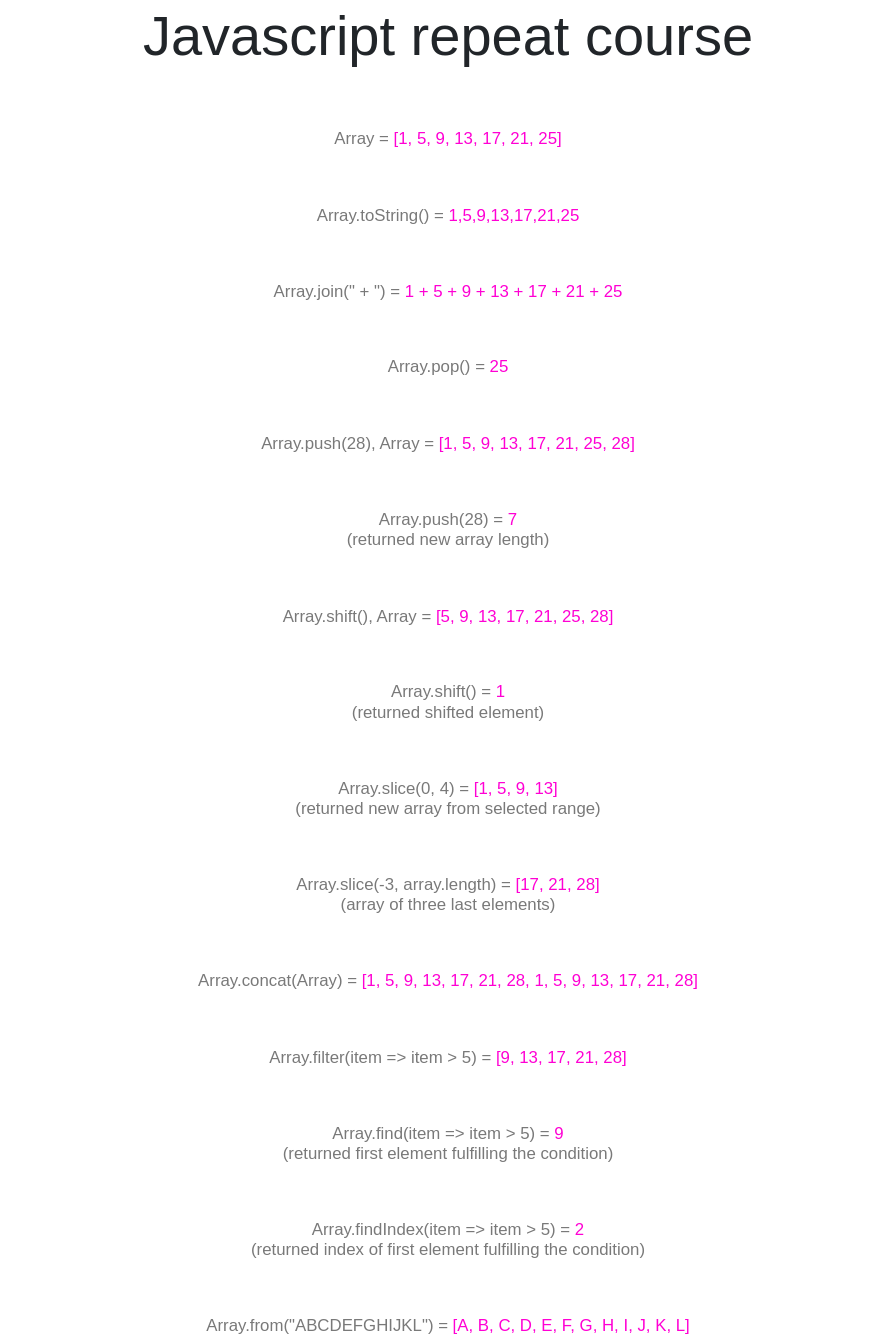
Repository: michalgornicki/javascript
Page: /
The author's editor kept a copy of each file at every save. The page is drawn from the files as they stood at one save, then again after the next save.
The browser window is 1280 px wide. The pictures show the part of the page from y = 0 to 1920 px (the page is 2670 px tall before and 2381 px after), at 70% of full size.
The project was rebuilt for these pictures with package versions that can differ from the ones it lists, and the page was loaded fresh each time. Also part of the build but not shown: src/index.css.

Above is the page before, as saved 2022-01-31 13:41:39.

After the next save:
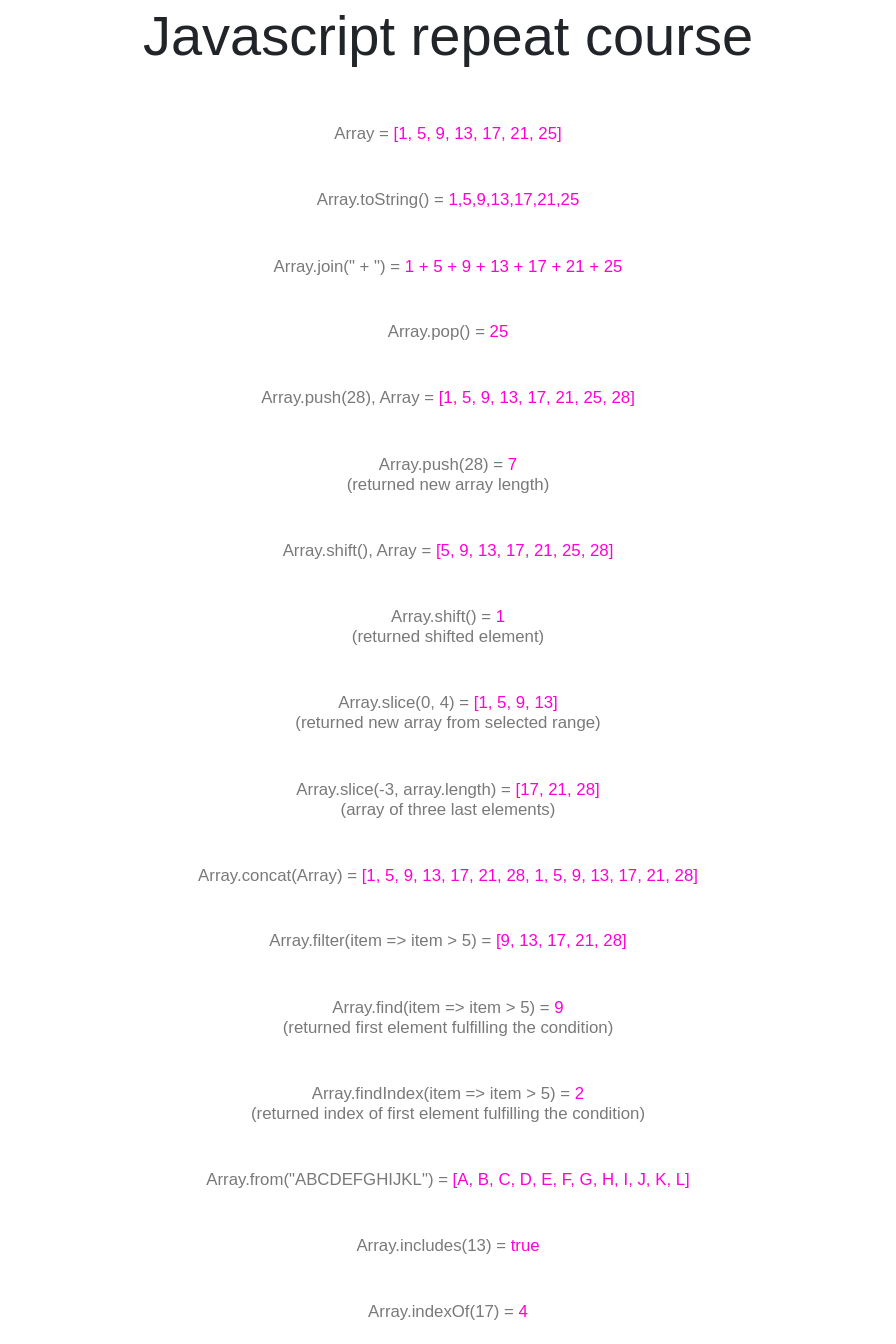
Saved 9 s later.
--- a/src/App.css
+++ b/src/App.css
@@ -7,7 +7,7 @@ body{
 .js-item{
     color:rgb(121, 121, 121);
     transition: 0.2s;
-    padding: 5vh;
+    padding: 4vh;
 }
 
 .js-item:hover{
